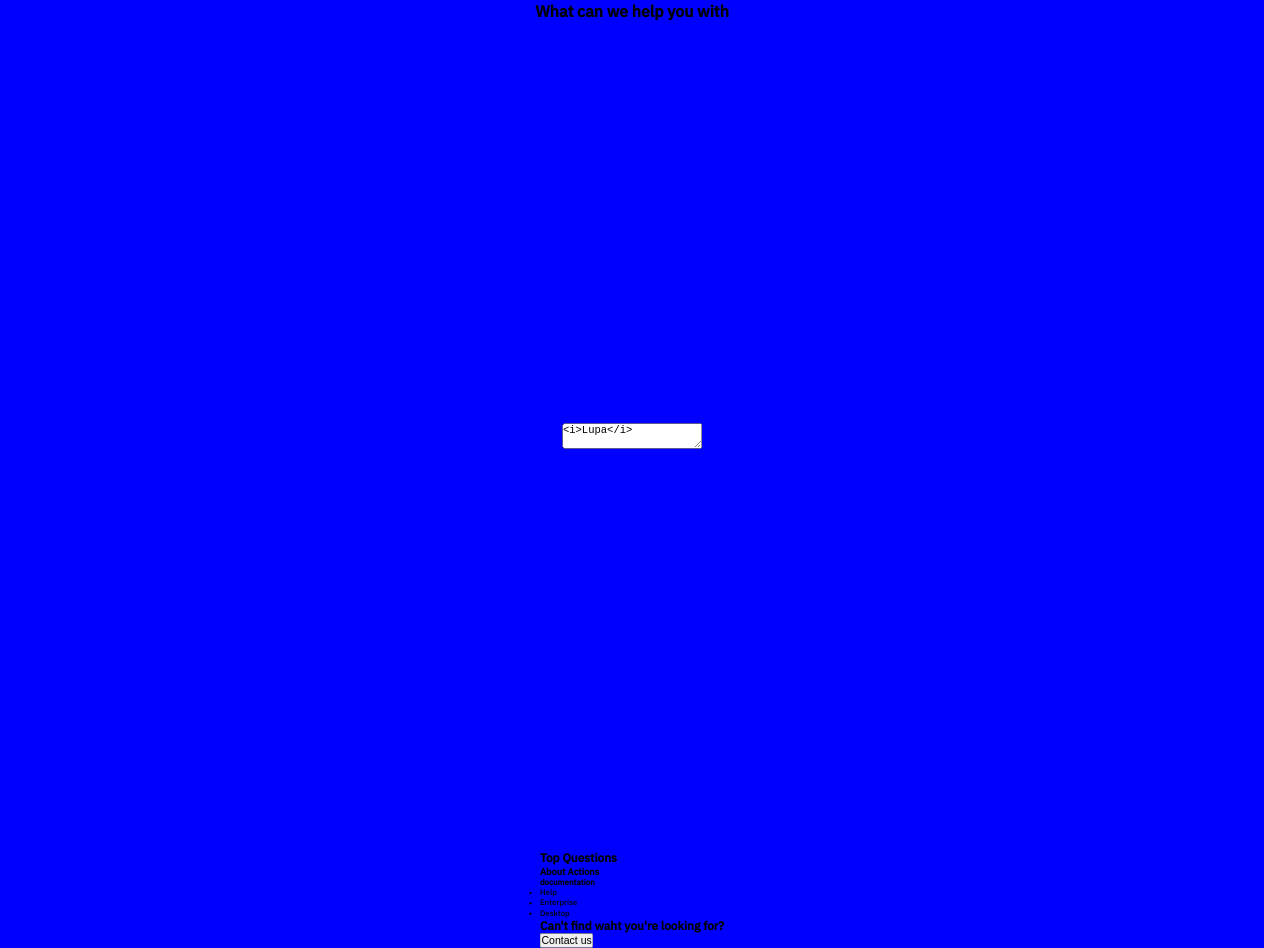
Repository: Hcmwebs/Help-Center-UI-
Page: index.html
The author's editor kept a copy of each file at every save. The page is drawn from the files as they stood at one save, then again after the next save.
The browser window is 1280 px wide. The page is 1600 px wide, so the pictures cover 1600 px, including what lies to the right of the window. The pictures show the whole page, at 79% of full size.
The style sheet was rebuilt from its Sass, Less or Tailwind sources for each picture, by a compiler version that may differ from the author's.

Above is the page before, as saved 2020-08-17 22:31:22.

After the next save:
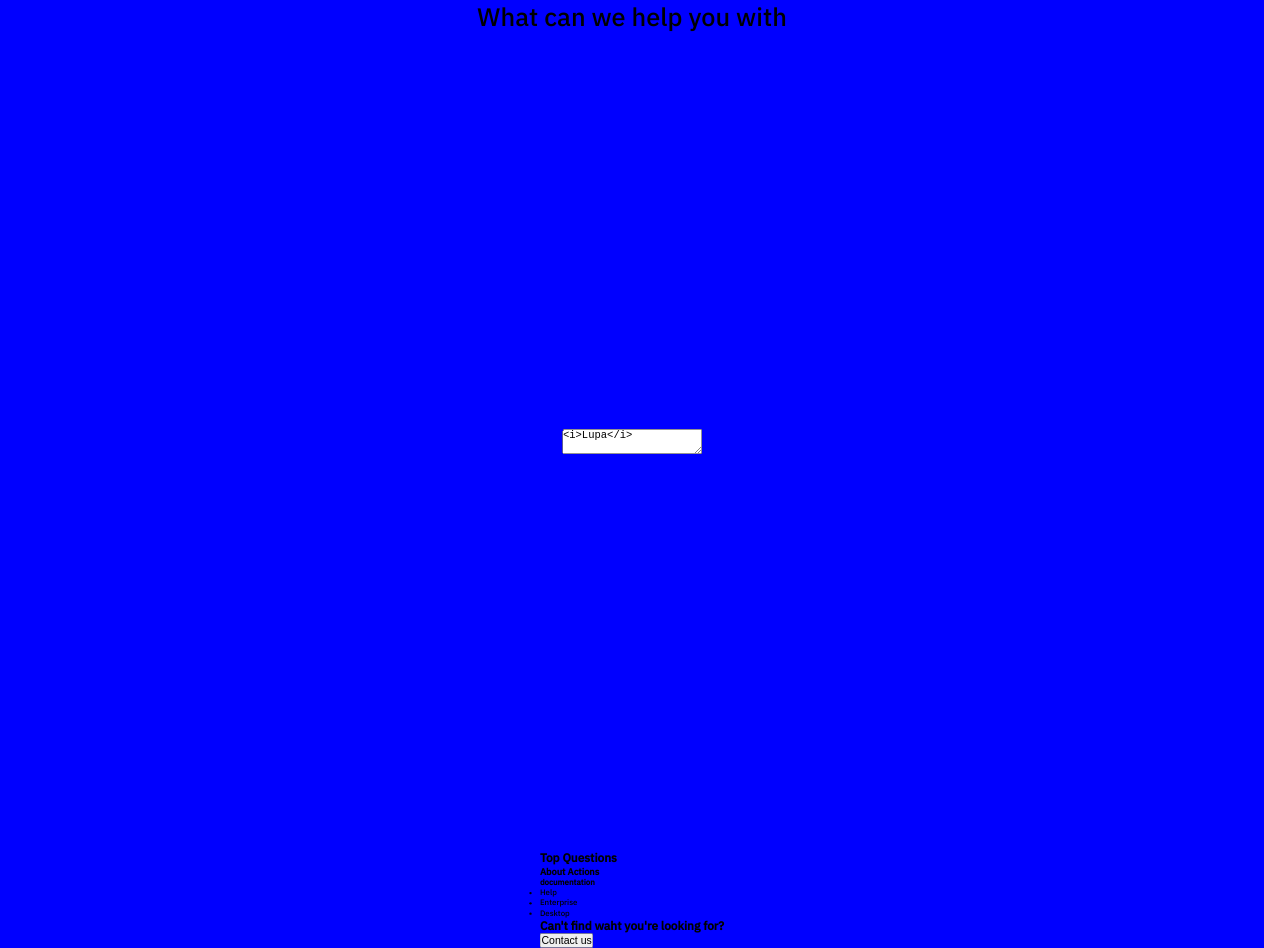
Saved 84 s later.
--- a/scss/styles.scss
+++ b/scss/styles.scss
@@ -17,6 +17,10 @@ body{
     height: 100vh;
     width: 100%;
 }
+h1{
+    font-size: 32px;
+    font-weight: 500;
+}
 
 .container{
     width: 1600px;
